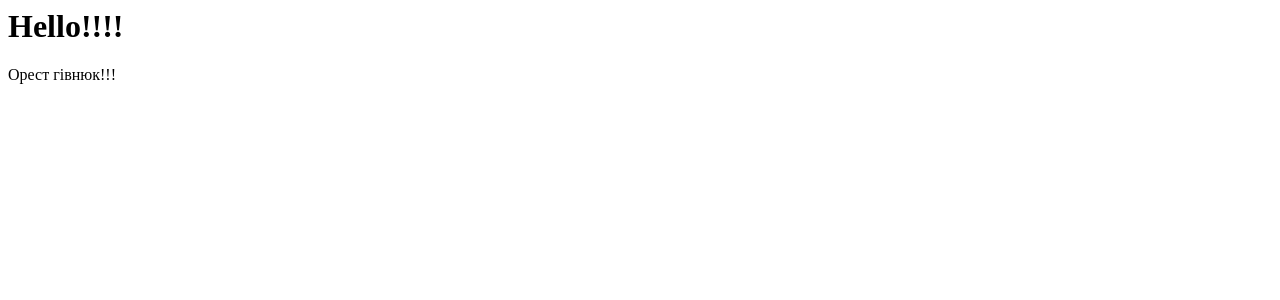
Repository: vasso14/Test
Page: lwc/index.html
An editor plug-in stored every save of this project. The page is shown before and after the next save, followed by the edit.
The browser window is 1280 px wide. The pictures show the whole page.

Above is the page before, as saved 2020-11-27 15:19:44.

### lwc/index.html
<h1>Hello!!!!</h1>
<p>Орест гівнюк!!!</p>

After the next save:
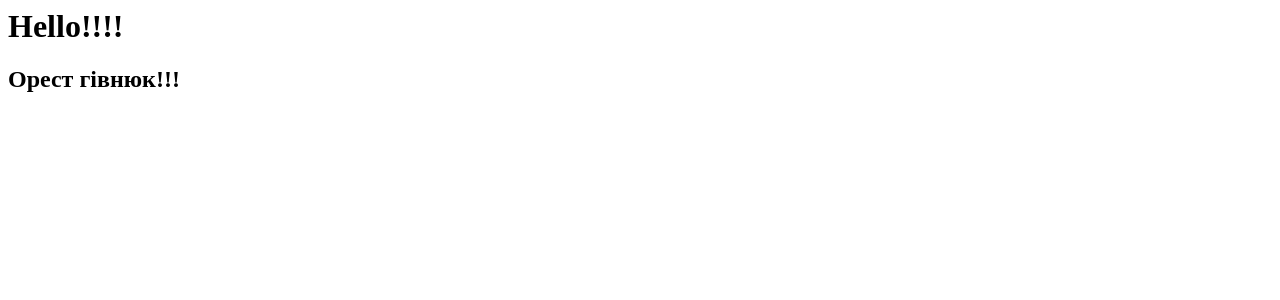
Saved 2 min 8 s later.
--- a/lwc/index.html
+++ b/lwc/index.html
@@ -1,2 +1,2 @@
 <h1>Hello!!!!</h1>
-<p>Орест гівнюк!!!</p>
+<h2>Орест гівнюк!!!</h2>
